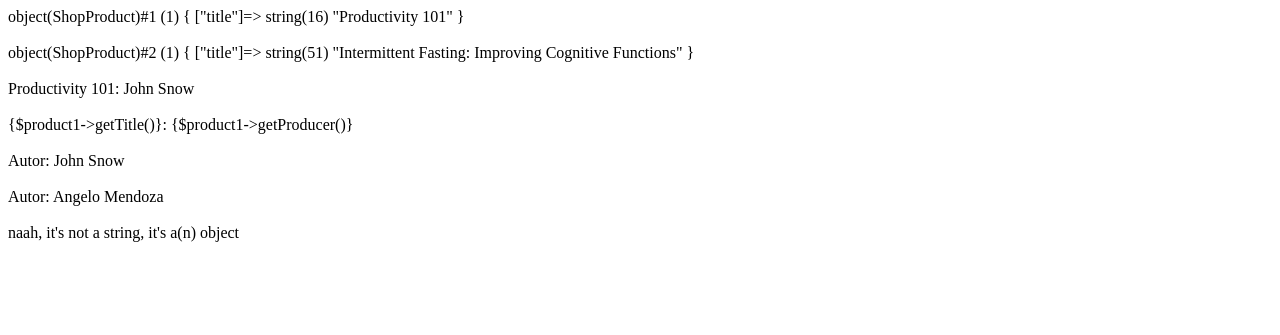
Repository: wojciechDrozd/php
Page: http://localhost/Tryouts.php
These files come from the project's save history. The page is drawn as it stood at one moment and after the next save; the edit follows.
The browser window is 1280 px wide. The pictures show the whole page.
The page is run by PHP 8.4 with error messages shown; the project is at /var/www/html/.

Above is the page before, as saved 2017-03-03 22:57:31.

### Pro/Tryouts.php
<?php

class ShopProduct {

	public $title;
	public $producerMainName;
	public $producerFirstName;
	public $price;

	function __construct($title,$producerFirstName,$producerMainName,$price){
		$this->title = $title;
		$this->producerFirstName = $producerFirstName;
		$this->producerMainName = $producerMainName;
		$this->price = $price;

	}

	function getTitle(){
		return $this->title;
	}

	function getPrice(){
		return $this->price;
	}

	function getProducer(){

		return "{$this->producerFirstName} ".
				"{$this->producerMainName}";
	}

	//changing output from var_dump(), always return array
	function __debugInfo(){

		return array('title' => $this->title);
	}
}

$product1 = new ShopProduct("Productivity 101","John", "Snow", 9.99);
$product2 = new ShopProduct("Intermittent Fasting: Improving Cognitive Functions","Angelo","Mendoza", "14.99");

var_dump($product1);

print '<br><br>';
var_dump($product2);

print "<br><br>";

echo "{$product1->getTitle()}: "."{$product1->getProducer()}";
print "<br><br>";
echo '{$product1->getTitle()}: '.'{$product1->getProducer()}';
print "<br><br>";
print "Autor: ".$product1->getProducer();
print "<br><br>";
print "Autor: ".$product2->getProducer();
print "<br><br>";

if(is_string($product1))
	print "yes, it's a ".gettype($product1);
else
	print "naah, it's not a string, it's a(n) ".gettype($product1);

print "<br><br>";
print "<br><br>";
print "<br><br>";
print "<br><br>";


?>

After the next save:
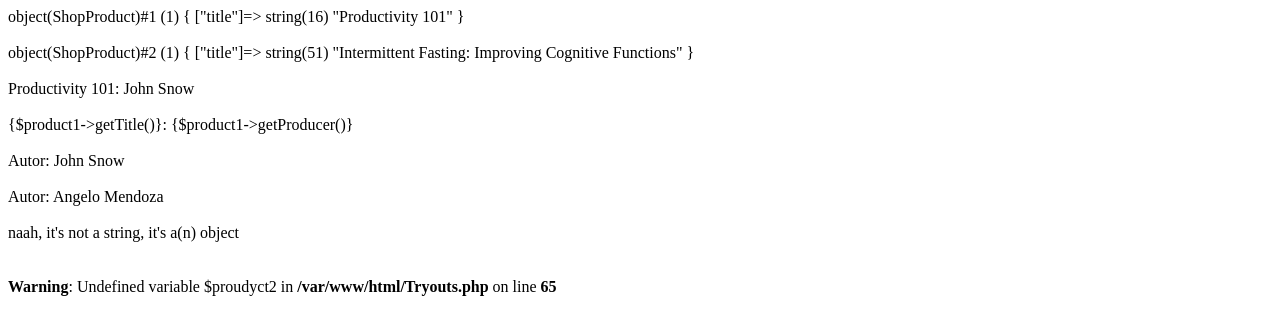
Saved 7 h 50 min later.
--- a/Pro/Tryouts.php
+++ b/Pro/Tryouts.php
@@ -60,6 +60,11 @@ if(is_string($product1))
 else
 	print "naah, it's not a string, it's a(n) ".gettype($product1);
 
+
+print "<br><br>";
+if(is_object($proudyct2))
+	print '$product2 is an object';
+
 print "<br><br>";
 print "<br><br>";
 print "<br><br>";
